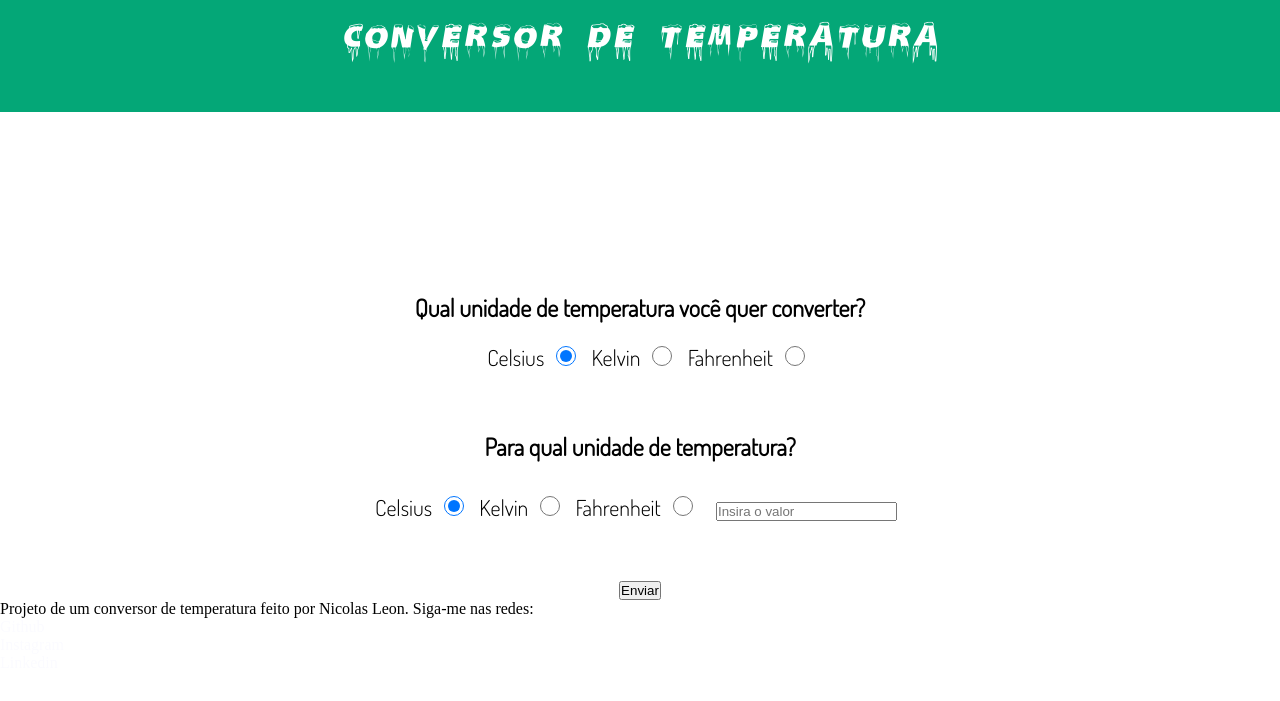
Repository: Leonngc/Conversor-de-temperatura
Page: index.html
An editor plug-in stored every save of this project. The page is shown before and after a run of saves, followed by the edit.
The browser window is 1280 px wide. The pictures show the whole page.
Some icons come from a web library that is not loaded, so they are not drawn.

Above is the page before, as saved 2023-02-10 23:31:26.

After the next 4 saves:
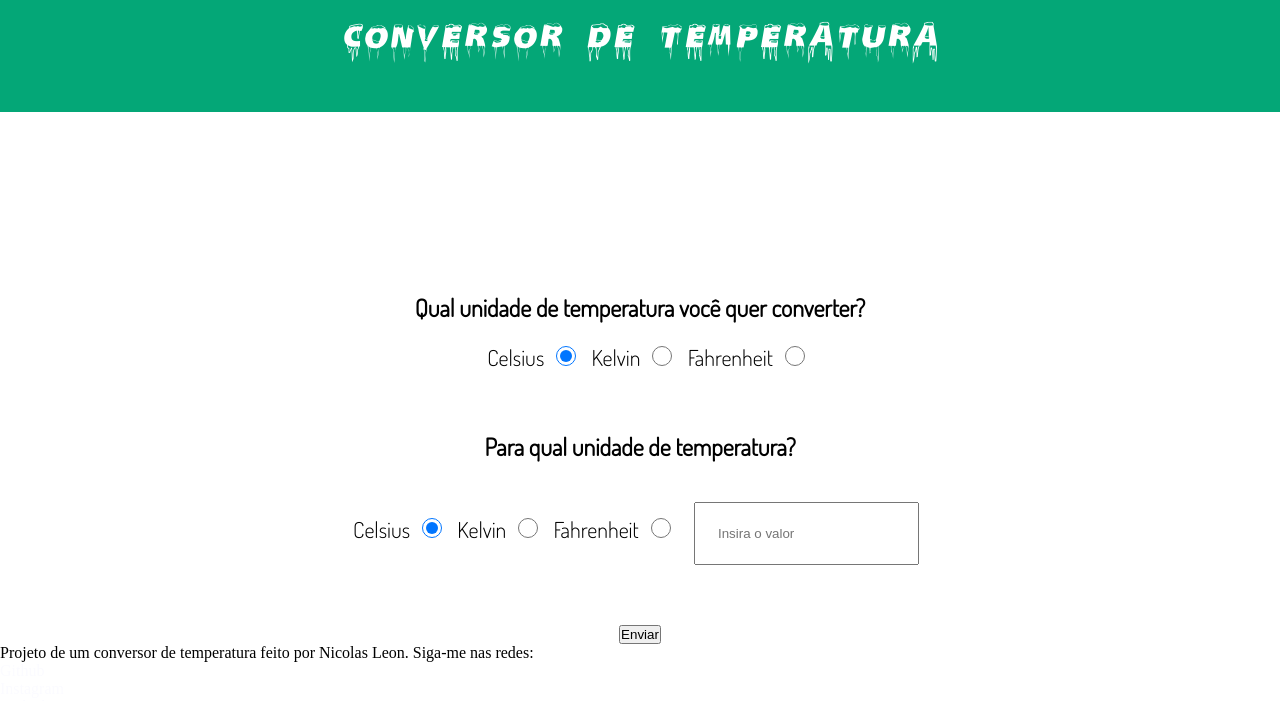
The 4 saves are shown as one change because they came seconds apart.
The last was saved 9 s later.
--- a/style.css
+++ b/style.css
@@ -97,4 +97,5 @@ label{
 
 #graus{
     margin: 20px;
+    padding: 22px;
 }
